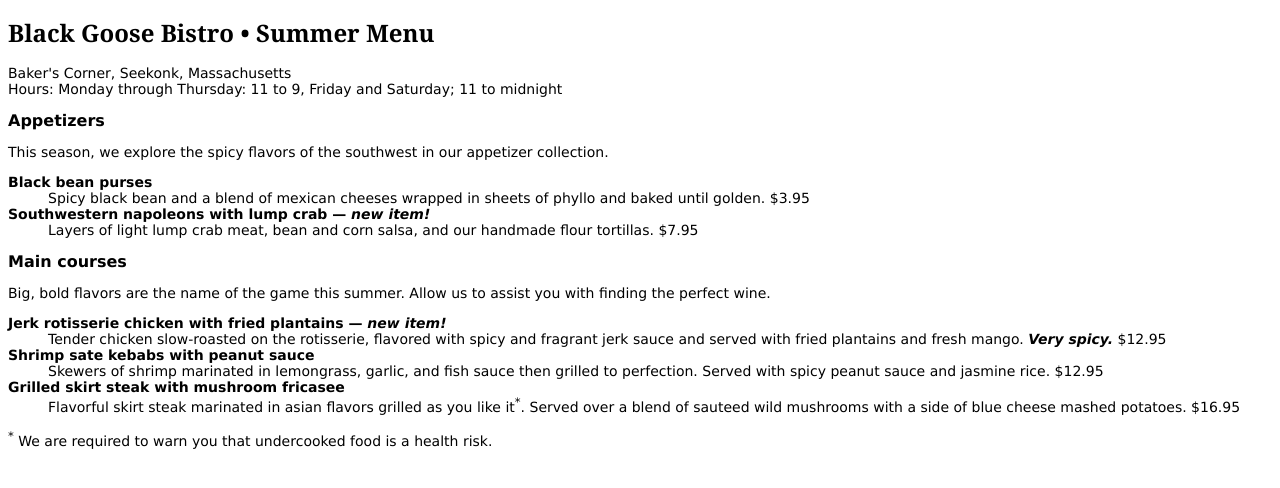
Repository: Lithium87/WebDesign
Page: Bistro/menu.html
The author's editor kept a copy of each file at every save. The page is drawn from the files as they stood at one save, then again after the next save.
The browser window is 1280 px wide. The pictures show the whole page.
Some web fonts or font styles are not loaded; a fallback is used.

Above is the page before, as saved 2020-04-14 10:26:47.

After the next save:
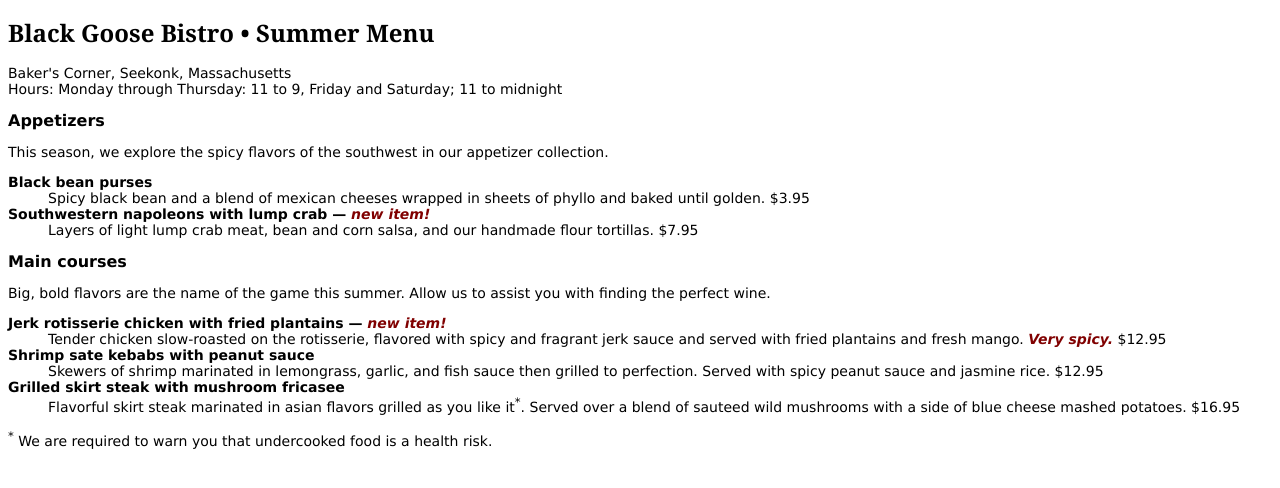
Saved 2 min 57 s later.
--- a/Bistro/menu.html
+++ b/Bistro/menu.html
@@ -30,6 +30,7 @@
 
         strong {
             font-style: italic;
+            color: maroon;
         }
     </style>
 </head>
